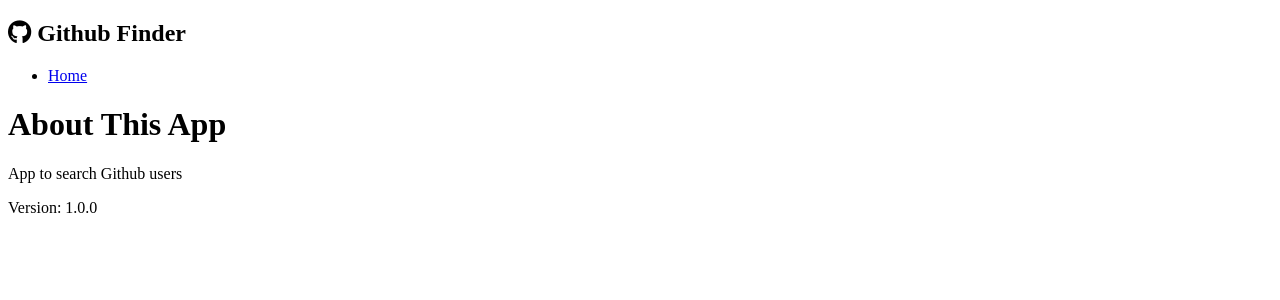
Repository: AbrorjonKuchkarov/GithubFinderReact
Page: /about
An editor plug-in stored every save of this project. The page is shown before and after the next save, followed by the edit.
The browser window is 1280 px wide. The pictures show the whole page.
The project was rebuilt for these pictures with package versions that can differ from the ones it lists, and the page was loaded fresh each time. Also part of the build but not shown: src/components/users/UserItem.js, src/components/layout/Spinner.js, src/components/users/Users.js, src/components/users/Search.js, src/components/layout/Alert.js, src/App.css.

Above is the page before, as saved 2022-01-10 17:01:31.

### public/index.html
<!DOCTYPE html>
<html lang="en">
  <head>
    <meta charset="utf-8" />
    <link rel="icon" href="%PUBLIC_URL%/favicon.ico" />
    <meta name="viewport" content="width=device-width, initial-scale=1" />
    <meta name="theme-color" content="#000000" />
    <link rel="stylesheet" href="https://cdnjs.cloudflare.com/ajax/libs/font-awesome/6.0.0-beta3/css/all.min.css">
    <meta
      name="description"
      content="Web site created using create-react-app"
    />
    <link rel="apple-touch-icon" href="%PUBLIC_URL%/logo192.png" />
    <link rel="manifest" href="%PUBLIC_URL%/manifest.json" />

    <title>Github Finder</title>
  </head>
  <body>
    <noscript>You need to enable JavaScript to run this app.</noscript>
    <div id="root"></div>

  </body>
</html>

### src/App.js
import React, { Component, Fragment } from 'react';
import { BrowserRouter as Router, Switch, Route } from 'react-router-dom';
import Navbar from './components/layout/Navbar';
import Users from './components/users/Users';
import Search from './components/users/Search';
import Alert from './components/layout/Alert';
import About  from './components/pages/About';
import './App.css';
import axios from 'axios';

 class App extends Component {
  state = {
    users: [],
    loading: false,
    alert: null
  }


  // Search Github Users
  searchUsers = async text =>{
    this.setState({loading: true})
    const res = await axios.get(`https://api.github.com/search/users?q=${text}&client_id=${process.env.REACT_APP_GITHUB_CLIENT_ID}&client_secret=${process.env.REACT_APP_GITHUB_CLIENT_SECRET}`);

      this.setState({users: res.data.items, loading: false})
  }

  //Clear Users
  clearUsers = () => {
    this.setState({users: [], loading: false});
  }

  //Set Alert
  setAlert = (msg, type) => {
    this.setState({alert: {msg, type}});

    setTimeout(() => this.setState({alert: null}), 2000)
  }

  render() {
    const {users, loading} = this.state;
    return (
      <Router>
          <div className='App'>
            <Navbar />
            <div className='container' >
            <Alert alert= {this.state.alert} />
            <Switch>
              <Route exact path='/' render={props => (
                <Fragment>
                  <Search
                    searchUsers={this.searchUsers}
                    clearUsers={this.clearUsers}
                    showClear={users.length > 0 ? true : false  }
                     setAlert={this.setAlert}
                   />
                  <Users users={users} loading={loading} />
              </Fragment>
              )} />
              <Route exact path='/about' component={About} />
            </Switch>
            </div>
          </div>
    </Router>
    )
  }
}


export default App;

### src/components/layout/Navbar.js
import React from 'react';
import { Link } from 'react-router-dom';
import PropTypes from 'prop-types'


const Navbar = ({icon, title}) => {

      return (
         <nav className='navbar bg-primary'>
            <h1>
               <i className={icon} /> {title}
            </h1>
            <ul>
               <li>
                  <Link to='/' > Home </Link>
               </li>
            </ul>
         </nav>
      )
}


Navbar.defaultProps = {
   title: 'Github Finder',
   icon: 'fab fa-github'
}

Navbar.propTypes = {
   title: PropTypes.string.isRequired,
   icon: PropTypes.string.isRequired,
}

export default Navbar

### src/components/pages/About.js
import React, {Fragment} from 'react'

 const About = () => {
   return (
      <Fragment>
         <h1>About This App</h1>
         <p>App to search Github users</p>
         <p>Version: 1.0.0</p>
      </Fragment>
   )
}

export default About;

Loaded but not shown: src/index.js (common file)

After the next save:
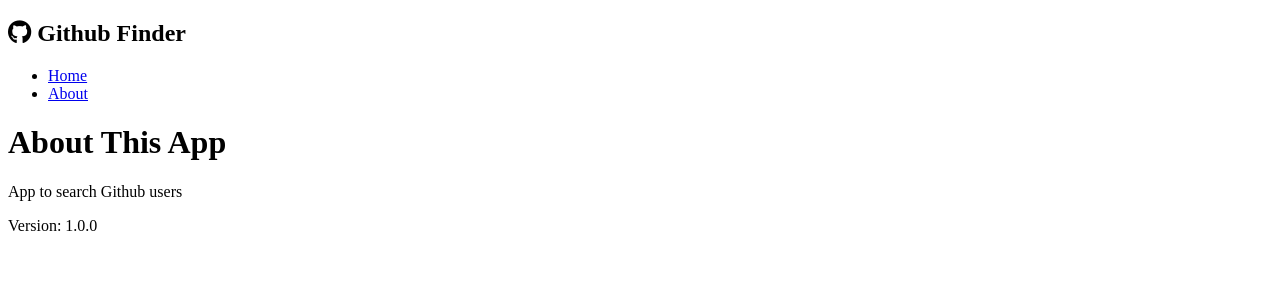
Saved 23 s later.
--- a/src/components/layout/Navbar.js
+++ b/src/components/layout/Navbar.js
@@ -13,6 +13,9 @@
             <ul>
                <li>
                   <Link to='/' > Home </Link>
+               </li>
+               <li>
+                  <Link to='/about' > About </Link>
                </li>
             </ul>
          </nav>
